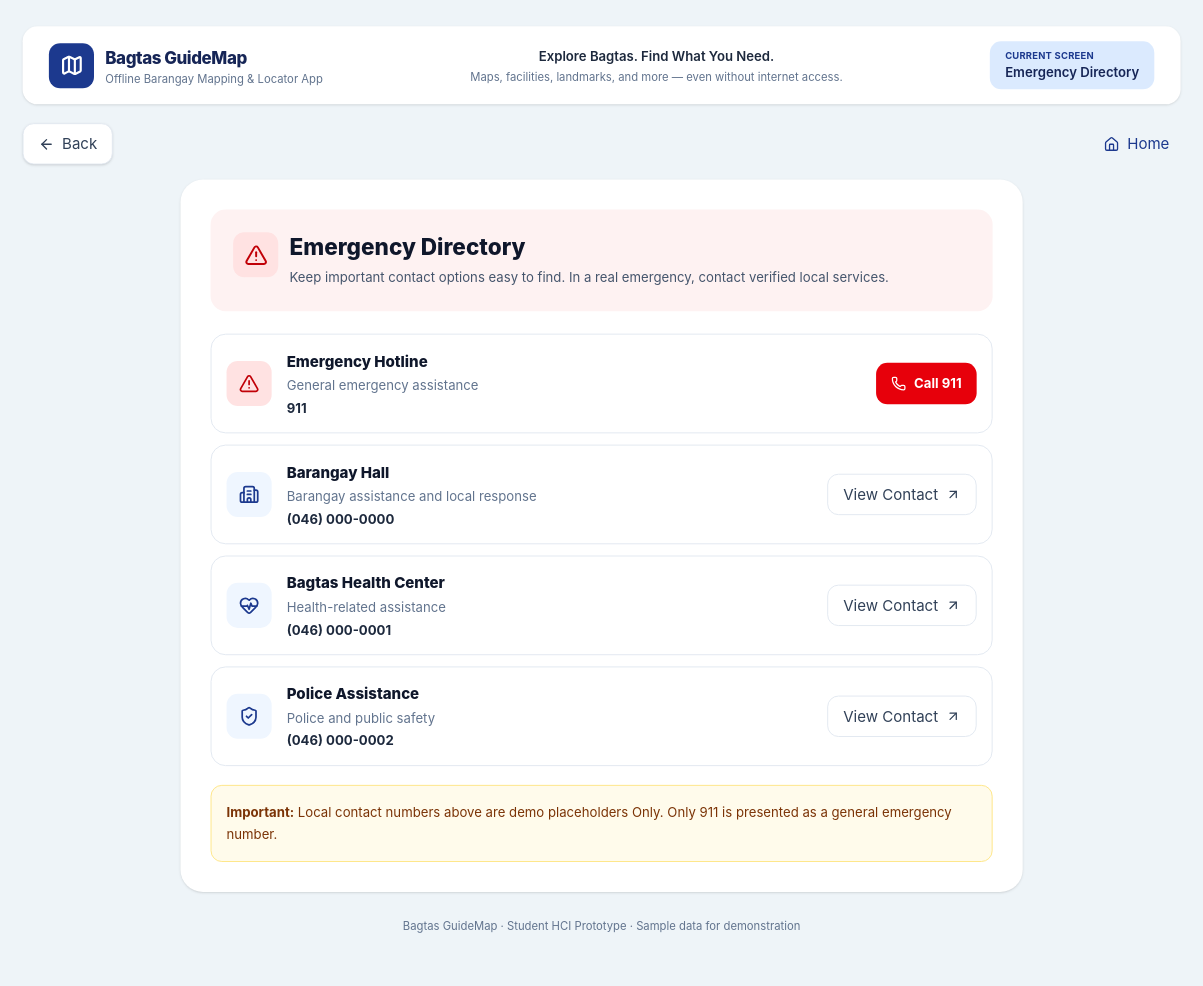
Repository: JulyoGit/Pansoy-high-fidelity-prototype
Page: /emergency
An editor plug-in stored every save of this project. The page is shown before and after a run of saves, followed by the edit.
The browser window is 1280 px wide. The pictures show the whole page, at 94% of full size.
The project was rebuilt for these pictures with package versions that can differ from the ones it lists, and the page was loaded fresh each time. Also part of the build but not shown: vite.config.js, src/components/QuickAccess.jsx, src/components/MapPreview.jsx, src/screens/Home.jsx, src/components/LocationCard.jsx, src/screens/Search.jsx, src/screens/Map.jsx, src/screens/Details.jsx and 1 more.

Above is the page before, as saved 2026-10-16 16:44:51.

### index.html
<!doctype html>
<html lang="en">
  <head>
    <meta charset="UTF-8" />
    <meta name="viewport" content="width=device-width, initial-scale=1.0" />
    <meta name="theme-color" content="#1e3a8a" />
    <title>Bagtas GuideMap</title>
  </head>
  <body>
    <div id="root"></div>
    <script type="module" src="/src/main.jsx"></script>
  </body>
</html>

### src/main.jsx
import React from "react";
import { createRoot } from "react-dom/client";
import { BrowserRouter } from "react-router-dom";
import App from "./App";
import "./index.css";

createRoot(document.getElementById("root")).render(
  <React.StrictMode>
    <BrowserRouter>
      <App />
    </BrowserRouter>
  </React.StrictMode>
);

### src/App.jsx
import { Navigate, Route, Routes } from "react-router-dom";
import Layout from "./components/Layout";
import Home from "./screens/Home";
import Search from "./screens/Search";
import MapScreen from "./screens/Map";
import Details from "./screens/Details";
import Emergency from "./screens/Emergency";
import Confirmation from "./screens/Confirmation";

export default function App() {
  return (
    <Layout>
      <Routes>
        <Route path="/" element={<Home />} />
        <Route path="/search" element={<Search />} />
        <Route path="/map" element={<MapScreen />} />
        <Route path="/details" element={<Details />} />
        <Route path="/emergency" element={<Emergency />} />
        <Route path="/confirmation" element={<Confirmation />} />
        <Route path="*" element={<Navigate to="/" replace />} />
      </Routes>
    </Layout>
  );
}

### src/index.css
@import "tailwindcss";

:root {
  font-family: Inter, ui-sans-serif, system-ui, -apple-system, BlinkMacSystemFont, "Segoe UI", sans-serif;
  color: #172554;
  background: #eef4f8;
  font-synthesis: none;
  text-rendering: optimizeLegibility;
}

* {
  box-sizing: border-box;
}

body {
  margin: 0;
  min-width: 320px;
  min-height: 100vh;
}

button, input {
  font: inherit;
}

button:focus-visible, a:focus-visible, input:focus-visible {
  outline: 3px solid #93c5fd;
  outline-offset: 3px;
}

.map-grid {
  background-color: #e9f1e7;
  background-image:
    linear-gradient(32deg, transparent 44%, #ffffff 44%, #ffffff 48%, transparent 48%),
    linear-gradient(120deg, transparent 28%, #d2dfec 28%, #d2dfec 31%, transparent 31%),
    linear-gradient(90deg, transparent 48%, #ffffff 48%, #ffffff 53%, transparent 53%),
    linear-gradient(0deg, transparent 65%, #ffffff 65%, #ffffff 70%, transparent 70%);
  background-size: 180px 150px, 210px 190px, 125px 115px, 145px 130px;
}

.route-line {
  clip-path: polygon(0 90%, 22% 90%, 22% 54%, 55% 54%, 55% 22%, 82% 22%, 82% 0, 100% 0, 100% 9%, 88% 9%, 88% 31%, 62% 31%, 62% 63%, 29% 63%, 29% 100%, 0 100%);
}

### src/components/Layout.jsx
import { ArrowLeft, Home } from "lucide-react";
import { useLocation, useNavigate } from "react-router-dom";
import Brand from "./Brand";

const screenNames = {
  "/": "Home",
  "/search": "Search",
  "/map": "Map / Route",
  "/details": "Location Details",
  "/emergency": "Emergency Directory",
  "/confirmation": "Confirmation"
};

export default function Layout({ children }) {
  const navigate = useNavigate();
  const location = useLocation();
  const isHome = location.pathname === "/";

  return (
    <div className="min-h-screen bg-[#eef4f8] px-3 py-4 sm:px-6 sm:py-7">
      <div className="mx-auto max-w-7xl">
        <header className="mb-5 flex flex-wrap items-center justify-between gap-4 rounded-2xl bg-white px-5 py-4 shadow-sm sm:px-7">
          <Brand />
          <div className="hidden text-center md:block">
            <p className="text-sm font-semibold text-slate-800">Explore Bagtas. Find What You Need.</p>
            <p className="mt-1 text-xs text-slate-500">Maps, facilities, landmarks, and more — even without internet access.</p>
          </div>
          <div className="rounded-xl bg-blue-100 px-4 py-2">
            <p className="text-[10px] font-bold uppercase tracking-wide text-blue-900">Current Screen</p>
            <p className="text-sm font-semibold text-blue-950">{screenNames[location.pathname] || "Bagtas GuideMap"}</p>
          </div>
        </header>

        {!isHome && (
          <div className="mb-4 flex items-center justify-between">
            <button onClick={() => navigate(-1)} className="inline-flex min-h-11 items-center gap-2 rounded-xl border border-slate-200 bg-white px-4 text-sm font-semibold text-slate-700 shadow-sm transition hover:bg-slate-50">
              <ArrowLeft size={17} /> Back
            </button>
            <button onClick={() => navigate("/")} className="inline-flex min-h-11 items-center gap-2 rounded-xl px-3 text-sm font-semibold text-blue-900 transition hover:bg-blue-100">
              <Home size={17} /> Home
            </button>
          </div>
        )}

        <main>{children}</main>
        <footer className="py-7 text-center text-xs text-slate-500">
          Bagtas GuideMap · Student HCI Prototype · Sample data for demonstration
        </footer>
      </div>
    </div>
  );
}

### src/screens/Emergency.jsx
import { AlertTriangle, ArrowUpRight, Building2, HeartPulse, Phone, ShieldCheck } from "lucide-react";
import { useNavigate } from "react-router-dom";
import { emergencyContacts } from "../data/locations";

const icons = { alert: AlertTriangle, building: Building2, health: HeartPulse, shield: ShieldCheck };

export default function Emergency() {
  const navigate = useNavigate();

  return (
    <div className="mx-auto max-w-4xl rounded-3xl bg-white p-5 shadow-sm sm:p-8">
      <div className="rounded-2xl bg-red-50 p-5 sm:p-6">
        <div className="flex items-start gap-3">
          <span className="flex h-12 w-12 shrink-0 items-center justify-center rounded-xl bg-red-100 text-red-700"><AlertTriangle size={25} /></span>
          <div>
            <h1 className="text-2xl font-extrabold text-slate-900">Emergency Directory</h1>
            <p className="mt-1 text-sm leading-6 text-slate-600">Keep important contact options easy to find. In a real emergency, contact verified local services.</p>
          </div>
        </div>
      </div>

      <div className="mt-6 space-y-3">
        {emergencyContacts.map((contact, index) => {
          const Icon = icons[contact.icon] || Phone;
          const isPlaceholder = contact.number.includes("000-");
          return (
            <div key={contact.name} className="flex flex-col gap-4 rounded-2xl border border-slate-200 p-4 sm:flex-row sm:items-center">
              <span className={`flex h-12 w-12 shrink-0 items-center justify-center rounded-xl ${index === 0 ? "bg-red-100 text-red-700" : "bg-blue-50 text-blue-900"}`}><Icon size={22} /></span>
              <div className="flex-1">
                <h2 className="font-extrabold text-slate-900">{contact.name}</h2>
                <p className="mt-1 text-sm text-slate-500">{contact.role}</p>
                <p className="mt-1 text-sm font-bold text-slate-800">{contact.number}</p>
              </div>
              {isPlaceholder ? (
                <button onClick={() => navigate(`/confirmation?type=contact&name=${encodeURIComponent(contact.name)}&number=${encodeURIComponent(contact.number)}`)} className="inline-flex min-h-11 items-center justify-center gap-2 rounded-xl border border-slate-200 px-4 text-sm font-bold text-slate-700 hover:bg-slate-50">View Contact <ArrowUpRight size={16} /></button>
              ) : (
                <a href={`tel:${contact.number}`} onClick={() => {}} className="inline-flex min-h-11 items-center justify-center gap-2 rounded-xl bg-red-600 px-4 text-sm font-bold text-white hover:bg-red-700"><Phone size={16} /> Call {contact.number}</a>
              )}
            </div>
          );
        })}
      </div>
      <div className="mt-5 rounded-xl border border-amber-200 bg-amber-50 p-4 text-sm leading-6 text-amber-900">
        <strong>Important:</strong> Local contact numbers above are demo placeholders Only. Only 911 is presented as a general emergency number.
      </div>
    </div>
  );
}

### src/components/Brand.jsx
import { Map } from "lucide-react";

export default function Brand({ compact = false }) {
  return (
    <div className="flex items-center gap-3">
      <div className="flex h-12 w-12 shrink-0 items-center justify-center rounded-xl bg-blue-900 text-white">
        <Map size={25} strokeWidth={2.2} />
      </div>
      <div>
        <p className="text-lg font-extrabold tracking-tight text-blue-950">Bagtas GuideMap</p>
        {!compact && <p className="text-xs text-slate-500">Offline Barangay Mapping & Locator App</p>}
      </div>
    </div>
  );
}

### src/data/locations.js
export const locations = [
  {
    id: 1,
    name: "Bagtas Barangay Hall",
    category: "Facilities",
    type: "Government",
    address: "Bagtas, Tanza, Cavite",
    hours: "8:00 AM – 5:00 PM (Mon–Fri)",
    description: "Barangay services, community assistance, certificates, and local administrative support.",
    distance: "1.2 km",
    minutes: "4 min",
    image: "/images/barangayhall.jpg",
    icon: "building"
  },
  {
    id: 2,
    name: "Bagtas Health Center",
    category: "Emergency",
    type: "Health",
    address: "Bagtas, Tanza, Cavite",
    hours: "8:00 AM – 5:00 PM (Mon–Sat)",
    description: "Community health services, basic consultations, and public health assistance.",
    distance: "1.5 km",
    minutes: "5 min",
    image: "/images/healthcenter.jpg",
    icon: "health"
  },
  {
    id: 3,
    name: "Antonio B Del Rosario Sr. Memorial Elementary School",
    category: "Housing",
    type: "Education",
    address: "Bagtas, Tanza, Cavite",
    hours: "7:00 AM – 4:00 PM (Mon–Fri)",
    description: "Local public elementary school serving learners and families in the barangay.",
    distance: "850 m",
    minutes: "3 min",
    image: "/images/elementary.jpg",
    icon: "school"
  },
  {
    id: 4,
    name: "Bagtas Covered Court",
    category: "Facilities",
    type: "Community",
    address: "Bagtas, Tanza, Cavite",
    hours: "6:00 AM – 9:00 PM (daily)",
    description: "Community venue for sports, meetings, barangay programs, and public activities.",
    distance: "600 m",
    minutes: "2 min",
    image: "/images/court.jpg",
    icon: "court"
  }
];

export const emergencyContacts = [
  { name: "Emergency Hotline", role: "General emergency assistance", number: "911", icon: "alert" },
  { name: "Barangay Hall", role: "Barangay assistance and local response", number: "(046) 000-0000", icon: "building" },
  { name: "Bagtas Health Center", role: "Health-related assistance", number: "(046) 000-0001", icon: "health" },
  { name: "Police Assistance", role: "Police and public safety", number: "(046) 000-0002", icon: "shield" }
];

After the next 2 saves:
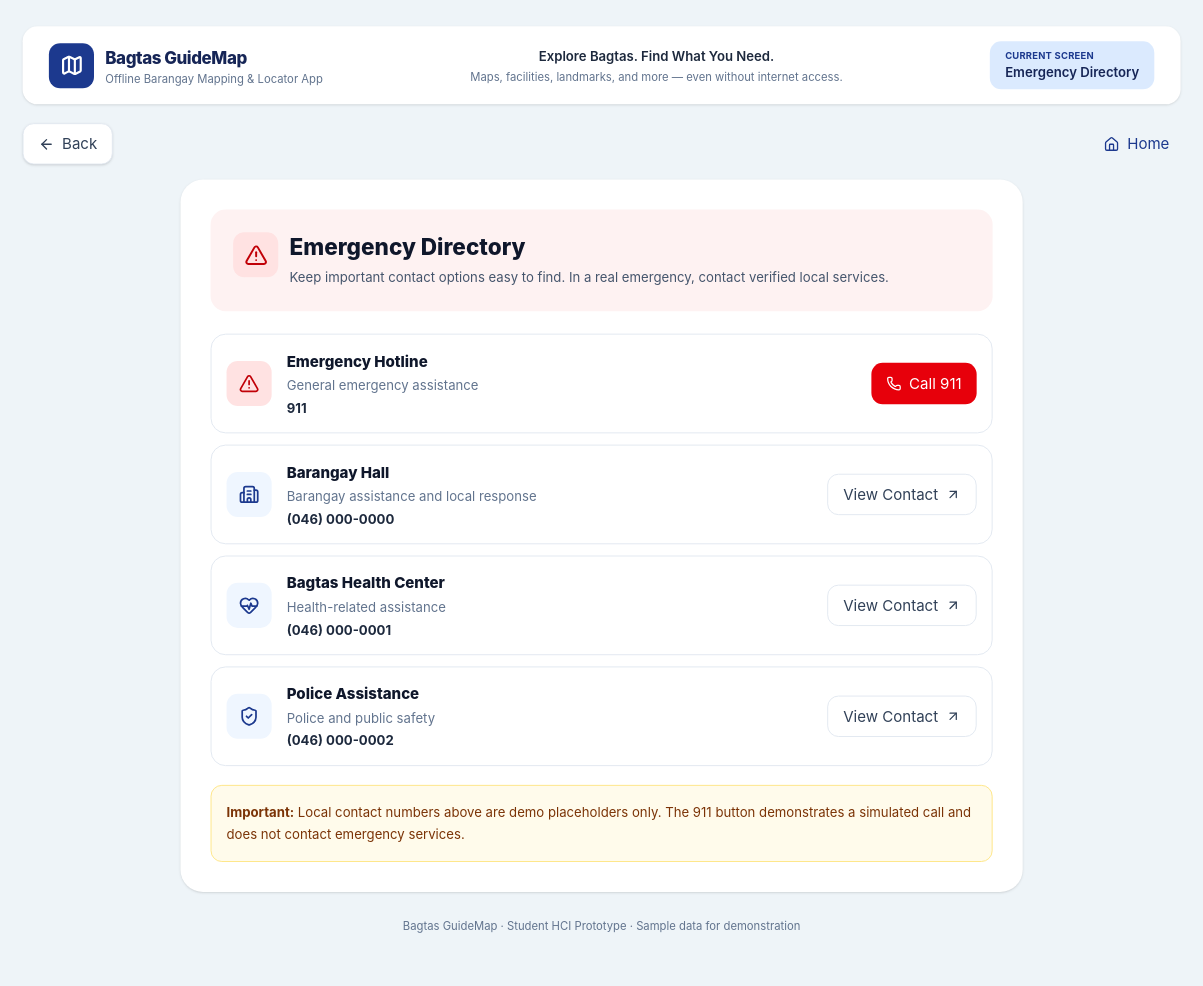
The 2 saves are shown as one change because 1 did not build or start.
The last was saved 10 min 29 s later.
--- a/src/screens/Emergency.jsx
+++ b/src/screens/Emergency.jsx
@@ -1,20 +1,44 @@
-import { AlertTriangle, ArrowUpRight, Building2, HeartPulse, Phone, ShieldCheck } from "lucide-react";
+import {
+  AlertTriangle,
+  ArrowUpRight,
+  Building2,
+  HeartPulse,
+  Phone,
+  PhoneCall,
+  PhoneOff,
+  ShieldCheck,
+} from "lucide-react";
+import { useState } from "react";
 import { useNavigate } from "react-router-dom";
 import { emergencyContacts } from "../data/locations";
 
-const icons = { alert: AlertTriangle, building: Building2, health: HeartPulse, shield: ShieldCheck };
+const icons = {
+  alert: AlertTriangle,
+  building: Building2,
+  health: HeartPulse,
+  shield: ShieldCheck,
+};
 
 export default function Emergency() {
   const navigate = useNavigate();
+  const [showDemoCall, setShowDemoCall] = useState(false);
 
   return (
     <div className="mx-auto max-w-4xl rounded-3xl bg-white p-5 shadow-sm sm:p-8">
       <div className="rounded-2xl bg-red-50 p-5 sm:p-6">
         <div className="flex items-start gap-3">
-          <span className="flex h-12 w-12 shrink-0 items-center justify-center rounded-xl bg-red-100 text-red-700"><AlertTriangle size={25} /></span>
+          <span className="flex h-12 w-12 shrink-0 items-center justify-center rounded-xl bg-red-100 text-red-700">
+            <AlertTriangle size={25} />
+          </span>
+
           <div>
-            <h1 className="text-2xl font-extrabold text-slate-900">Emergency Directory</h1>
-            <p className="mt-1 text-sm leading-6 text-slate-600">Keep important contact options easy to find. In a real emergency, contact verified local services.</p>
+            <h1 className="text-2xl font-extrabold text-slate-900">
+              Emergency Directory
+            </h1>
+            <p className="mt-1 text-sm leading-6 text-slate-600">
+              Keep important contact options easy to find. In a real
+              emergency, contact verified local services.
+            </p>
           </div>
         </div>
       </div>
@@ -23,26 +47,113 @@ export default function Emergency() {
         {emergencyContacts.map((contact, index) => {
           const Icon = icons[contact.icon] || Phone;
           const isPlaceholder = contact.number.includes("000-");
+          const is911 = contact.number.replace(/\D/g, "") === "911";
+
           return (
-            <div key={contact.name} className="flex flex-col gap-4 rounded-2xl border border-slate-200 p-4 sm:flex-row sm:items-center">
-              <span className={`flex h-12 w-12 shrink-0 items-center justify-center rounded-xl ${index === 0 ? "bg-red-100 text-red-700" : "bg-blue-50 text-blue-900"}`}><Icon size={22} /></span>
+            <div
+              key={contact.name}
+              className="flex flex-col gap-4 rounded-2xl border border-slate-200 p-4 sm:flex-row sm:items-center"
+            >
+              <span
+                className={`flex h-12 w-12 shrink-0 items-center justify-center rounded-xl ${
+                  index === 0
+                    ? "bg-red-100 text-red-700"
+                    : "bg-blue-50 text-blue-900"
+                }`}
+              >
+                <Icon size={22} />
+              </span>
+
               <div className="flex-1">
-                <h2 className="font-extrabold text-slate-900">{contact.name}</h2>
-                <p className="mt-1 text-sm text-slate-500">{contact.role}</p>
-                <p className="mt-1 text-sm font-bold text-slate-800">{contact.number}</p>
+                <h2 className="font-extrabold text-slate-900">
+                  {contact.name}
+                </h2>
+                <p className="mt-1 text-sm text-slate-500">
+                  {contact.role}
+                </p>
+                <p className="mt-1 text-sm font-bold text-slate-800">
+                  {contact.number}
+                </p>
               </div>
+
               {isPlaceholder ? (
-                <button onClick={() => navigate(`/confirmation?type=contact&name=${encodeURIComponent(contact.name)}&number=${encodeURIComponent(contact.number)}`)} className="inline-flex min-h-11 items-center justify-center gap-2 rounded-xl border border-slate-200 px-4 text-sm font-bold text-slate-700 hover:bg-slate-50">View Contact <ArrowUpRight size={16} /></button>
+                <button
+                  onClick={() =>
+                    navigate(
+                      `/confirmation?type=contact&name=${encodeURIComponent(
+                        contact.name
+                      )}&number=${encodeURIComponent(contact.number)}`
+                    )
+                  }
+                  className="inline-flex min-h-11 items-center justify-center gap-2 rounded-xl border border-slate-200 px-4 text-sm font-bold text-slate-700 hover:bg-slate-50"
+                >
+                  View Contact <ArrowUpRight size={16} />
+                </button>
+              ) : is911 ? (
+                <button
+                  onClick={() => setShowDemoCall(true)}
+                  className="inline-flex min-h-11 items-center justify-center gap-2 rounded-xl bg-red-600 px-4 text-sm font-bold text-white hover:bg-red-700"
+                >
+                  <Phone size={16} />
+                  Call 911
+                </button>
               ) : (
-                <a href={`tel:${contact.number}`} onClick={() => {}} className="inline-flex min-h-11 items-center justify-center gap-2 rounded-xl bg-red-600 px-4 text-sm font-bold text-white hover:bg-red-700"><Phone size={16} /> Call {contact.number}</a>
+                <a
+                  href={`tel:${contact.number}`}
+                  className="inline-flex min-h-11 items-center justify-center gap-2 rounded-xl bg-red-600 px-4 text-sm font-bold text-white hover:bg-red-700"
+                >
+                  <Phone size={16} />
+                  Call {contact.number}
+                </a>
               )}
             </div>
           );
         })}
       </div>
+
       <div className="mt-5 rounded-xl border border-amber-200 bg-amber-50 p-4 text-sm leading-6 text-amber-900">
-        <strong>Important:</strong> Local contact numbers above are demo placeholders Only. Only 911 is presented as a general emergency number.
+        <strong>Important:</strong> Local contact numbers above are demo
+        placeholders only. The 911 button demonstrates a simulated call
+        and does not contact emergency services.
       </div>
+
+      {showDemoCall && (
+        <div className="fixed inset-0 z-50 flex items-center justify-center bg-black/70 p-4">
+          <div className="w-full max-w-sm rounded-3xl bg-slate-900 p-8 text-center text-white shadow-2xl">
+            <div className="mx-auto flex h-20 w-20 items-center justify-center rounded-full bg-blue-800">
+              <PhoneCall size={36} />
+            </div>
+
+            <h2 className="mt-5 text-3xl font-extrabold">
+              Calling 911
+            </h2>
+
+            <p className="mt-2 text-slate-300">
+              Emergency Services
+            </p>
+
+            <div className="mt-5 flex items-center justify-center gap-2">
+              <span className="h-2 w-2 animate-pulse rounded-full bg-green-400" />
+              <p className="text-sm text-green-300">
+                Demo call in progress
+              </p>
+            </div>
+
+            <p className="mt-4 text-xs leading-5 text-slate-400">
+              This is a simulated call for the Bagtas GuideMap prototype.
+              No real call is being made.
+            </p>
+
+            <button
+              onClick={() => setShowDemoCall(false)}
+              className="mt-8 flex min-h-12 w-full items-center justify-center gap-2 rounded-xl bg-red-600 px-5 py-3 font-bold hover:bg-red-700"
+            >
+              <PhoneOff size={20} />
+              End Demo Call
+            </button>
+          </div>
+        </div>
+      )}
     </div>
   );
 }
